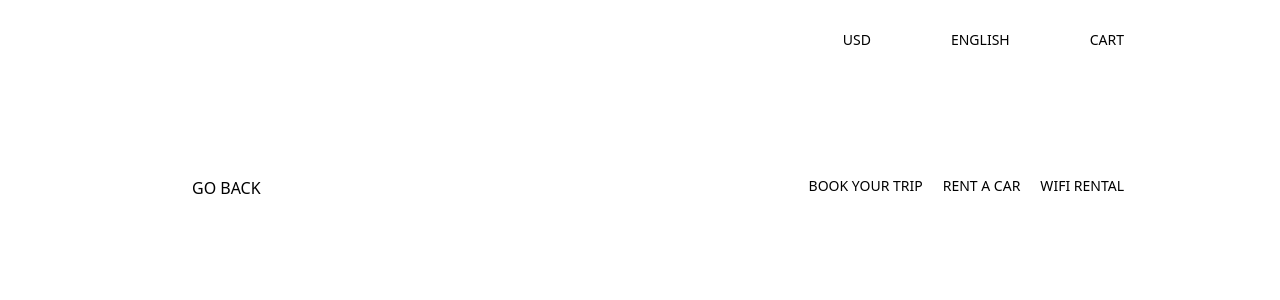
Repository: uh-sman/Iceland
Page: /
The author's editor kept a copy of each file at every save. The page is drawn from the files as they stood at one save, then again after the next save.
The browser window is 1280 px wide. The pictures show the whole page.
The project was rebuilt for these pictures with package versions that can differ from the ones it lists, and the page was loaded fresh each time.

Above is the page before, as saved 2022-09-08 20:54:54.

### src/App.js
import logo from "./logo.svg";
import "./App.css";
import { Topnav } from "./components/Topnav";
import { FullNav } from "./components/FullNav";

function App() {
  return (
    <div className="App">
      <FullNav />
    </div>
  );
}

export default App;

### src/components/Topnav.js
import React from "react";

export const Topnav = () => {
  return (
    <div className="container w-full py-[30px]">
      <nav className="absolute right-[156px]">
        <ul className="space-x-20 text-sm">
          <a href="">USD</a>
          <a href="">ENGLISH</a>
          <a href="">CART</a>
        </ul>
      </nav>
    </div>
  );
};

### src/components/FullNav.jsx
import React from "react";
import { Bottomnav } from "./Bottomnav";
import { Topnav } from "./Topnav";

export const FullNav = () => {
  return (
    <div>
      <Topnav />
      <Bottomnav />
    </div>
  );
};

### src/components/Bottomnav.js
import React from "react";

export const Bottomnav = () => {
  return (
    <nav className="container w-full">
      <div className="py-[116px]">
        <div className="container">
          <h1>
            <a className="absolute left-[192px] cursor-pointer">GO BACK</a>
          </h1>
        </div>
        <div className="container">
          <div className="absolute right-[156px]">
            <ul className="space-x-[20px] text-sm">
              <a>BOOK YOUR TRIP</a>
              <a>RENT A CAR</a>
              <a>WIFI RENTAL</a>
            </ul>
          </div>
        </div>
      </div>
    </nav>
  );
};

### tailwind.config.js
/** @type {import('tailwindcss').Config} */
module.exports = {
  content: ["./src/**/*.{html,js,jsx}"],
  theme: {
    screens: {
      sm: "480px",
      md: "768px",
      lg: "976px",
      xl: "1440px",
    },
    extend: {},
  },
  plugins: [],
};

Loaded but not shown: public/index.html (common file); src/index.js (common file); src/index.css (common file); src/App.css (common file)

After the next save:
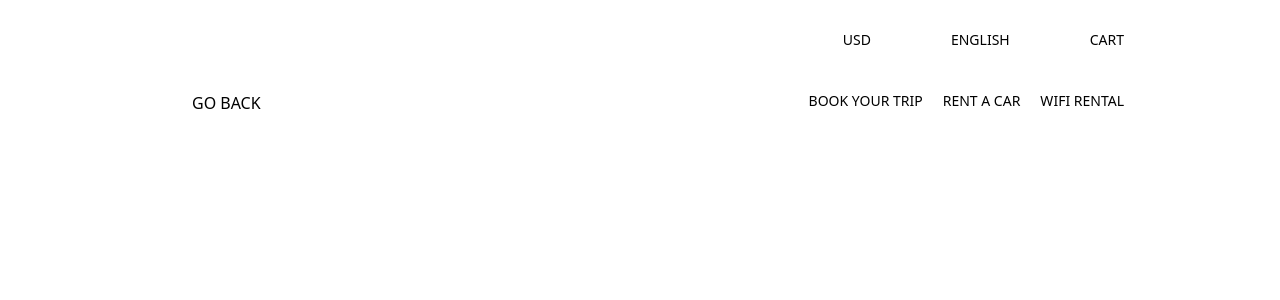
Saved 8 s later.
--- a/src/components/Bottomnav.js
+++ b/src/components/Bottomnav.js
@@ -3,7 +3,7 @@ import React from "react";
 export const Bottomnav = () => {
   return (
     <nav className="container w-full">
-      <div className="py-[116px]">
+      <div className="py-[31px]">
         <div className="container">
           <h1>
             <a className="absolute left-[192px] cursor-pointer">GO BACK</a>
